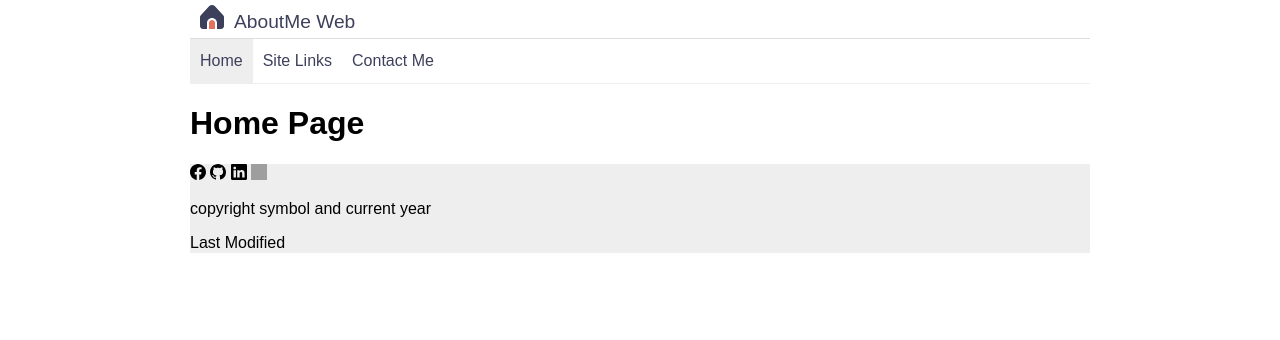
Repository: JoyUdoh106/wdd231
Page: index.html
An editor plug-in stored every save of this project. The page is shown before and after a run of saves, followed by the edit.
The browser window is 1280 px wide. The pictures show the whole page.
Pictures or frames that could not be fetched are drawn as grey boxes.

Above is the page before, as saved 2026-01-10 20:16:39.

After the next 2 saves:
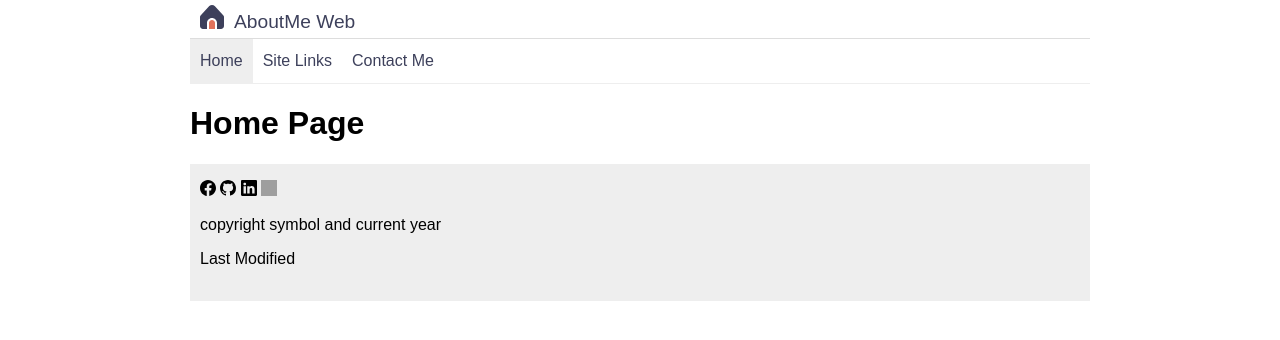
The 2 saves are shown as one change because they came seconds apart.
The last was saved 9 s later.
--- a/styles/base.css
+++ b/styles/base.css
@@ -88,5 +88,5 @@ h1 {
 /************************** FOOTER **************************/
 footer {
     background-color: #eee;
-    padding: ;
+    padding: 1rem 10px;
 }
